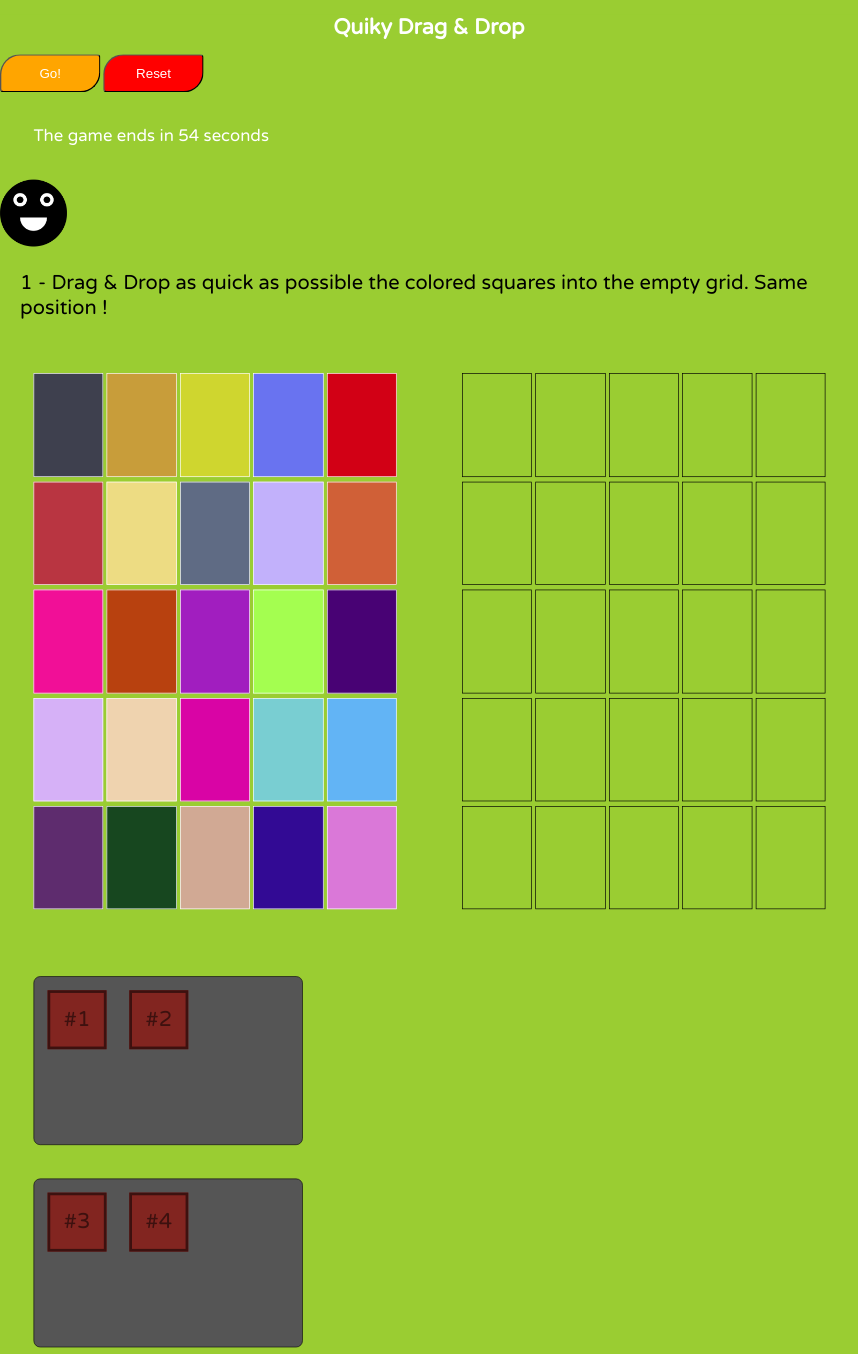
Repository: Siehan/Quiky-drag-and-drop
Page: index.html
An editor plug-in stored every save of this project. The page is shown before and after the next save, followed by the edit.
The browser window is 1280 px wide. The pictures show the whole page, at 67% of full size.

Above is the page before, as saved 2020-01-22 13:56:45.

### index.html
<!DOCTYPE html>
<html lang="en">

<head>
  <meta charset="UTF-8">
  <meta name="viewport" content="width=device-width, initial-scale=1.0">
  <meta http-equiv="X-UA-Compatible" content="ie=edge">
  <link rel="stylesheet" type="text/css" href="style.css">
  <script type="module" src="grid.js"></script>
  <script type="text/javascript"></script>
  <title>Document</title>
</head>

<body>
  <header>
    <h1>Quiky Drag & Drop</h1>
    <button id="button-go">Go!</button>
    <button id="button-reset">Reset</button>
  </header>

  <div id="time"></div>
  <img class="black-face" src="images/1297390581.png" alt="black face">
  <p>1 - Drag & Drop as quick as possible the colored squares into the empty grid. Same position !</p>
  <div id="container">

    <div class="container-one"></div>
    <div class="container-two"></div>
  </div>

  <div class="dropper">
    <div class="draggable">#1</div>
    <div class="draggable">#2</div>
  </div>
  <div class="dropper">
    <div class="draggable">#3</div>
    <div class="draggable">#4</div>
  </div>

</body>

</html>

### style.css
@import url("https://fonts.googleapis.com/css?family=Varela+Round&display=swap");

body, html {
  font-family: 'Varela Round', sans-serif;
  background: yellowgreen;
  color: white;
  margin: 0 auto;
  padding: 0;
}

#button-go {
  width: 150px;
  color: white;
  font-size: 20px;
  background-color: orange;
  padding: 15px;
  border-radius: 30px 5px;
}

#button-reset {
  width: 150px;
  color: white;
  font-size: 20px;
  background-color: red;
  padding: 15px;
  border-radius: 30px 5px;
}

h1 {
  color: white;
  text-align: center;
  border-style: 1px black;
}

p {
  padding: 30px;
  margin: auto;
  font-family: 'Varela Round', sans-serif;
  font-size: 30px;
  color: black;
}

.black-face {
  width: 100px;
}

#container {
  display: flex;
}

.container-one {
  display: grid;
  padding: 50px;
  grid-template-columns: repeat(5,1fr);
  grid-template-rows: repeat(5,1fr);
  width: 800px;
  height: 800px;
  grid-gap: 7px;
}

.container-two {
  display: grid;
  padding: 50px;
  grid-template-columns: repeat(5,1fr);
  grid-template-rows: repeat(5,1fr);
  width: 800px;
  height: 800px;
  grid-gap: 7px;
}

.container-one div {
  border: 1.5px solid white;
  width: 100%;
}

.container-two div {
  border: 1.5px solid black;
  width: 100%;
}

#time {
  padding: 50px;
  margin: auto;
  color: white;
  font-size: 25px;
}

.dropper {
    margin: 50px 10px 10px 50px;
    width: 400px;
    height: 250px;
    background-color: #555;
    border: 1px solid #111;

    border-radius: 10px;
    transition: all 200ms linear;
}

.drop_hover {
    box-shadow: 0 0 30px rgba(0, 0, 0, 0.8) inset;
}

.draggable {
    display: inline-block;
    margin: 20px 10px 10px 20px;
    padding-top: 20px;
    width: 80px;
    height: 60px;
    color: #3D110F;
    background-color: #822520;
    border: 4px solid #3D110F;
    text-align: center;
    font-size: 2em;
    cursor: move;

    transition: all 200ms linear;
    user-select: none;
}

### grid.js
function selectGeometricForms() {
    const btn = document.getElementById("button-go");
    const btnReset = document.getElementById("button-reset");
}

function setBlockColor() {
    const cases = document.querySelectorAll(".container-one div");
    cases.forEach(
        c =>
            c.style.background = getRandomColor())
}

function getRandomColor() {
    var letters = '0123456789ABCDEF';
    var color = '#';
    for (var i = 0; i < 6; i++) {
        color += letters[Math.floor(Math.random() * 16)];
    }
    return color;
}

function hourglass(id, cpt, lim, prev, next, callback) {
    (function f() {
        var el = document.getElementById(id);
        el.innerHTML = prev + cpt + next;
        if (cpt > lim) {
            cpt--;
            setTimeout(f, 999);
        } else if (callback) {
            callback();
        }
    })();
}

window.onload = function () {
    hourglass('time', 59, 0, 'The game ends in ', ' seconds', function () {
        alert("Game over !");
    });
};

for (let i = 0; i <= 24; i++) {
    var containerOne = document.querySelector(".container-one");
    var newDiv = document.createElement("div");
    newDiv.className = ("caseOne-" + i + " caseTableau1")
    containerOne.appendChild(newDiv);
    console.log(containerOne);
}

for (let i = 0; i <= 24; i++) {
    var containerTwo = document.querySelector(".container-two");
    var newDiv2 = document.createElement("div");
    newDiv2.className = ("caseTwo-" + i + " caseTableau2")
    containerTwo.appendChild(newDiv2);
    console.log(containerTwo);
}

setBlockColor()

After the next save:
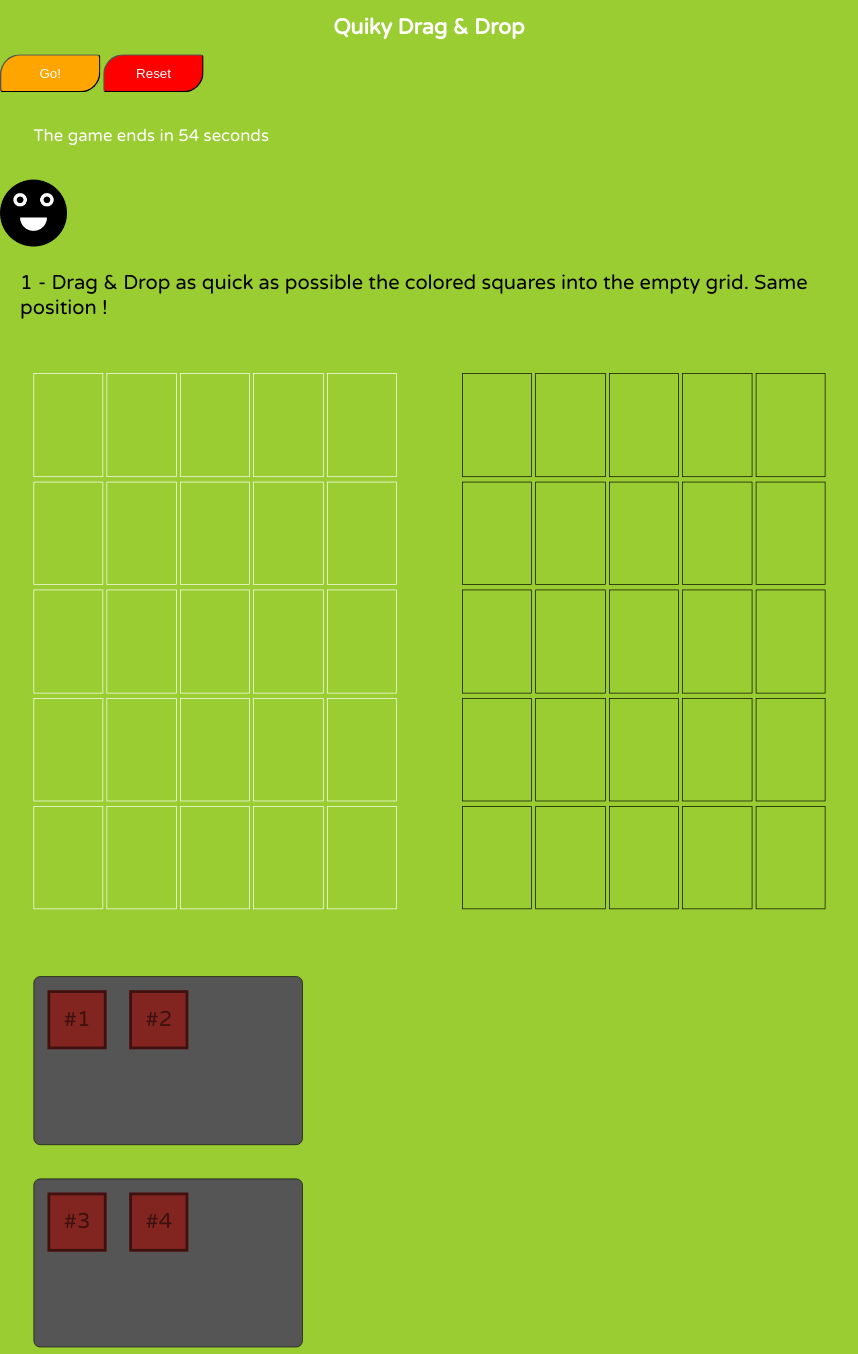
Console error: ReferenceError: documents is not defined
Saved 11 s later.
--- a/grid.js
+++ b/grid.js
@@ -54,4 +54,69 @@
     console.log(containerTwo);
 }
 
+(function () {
+
+    var dndHandler = {
+
+        draggedElement: null,
+
+        applyDragEvents: function (element) {
+
+            element.draggable = true;
+
+            var dndHandler = this;
+
+            element.addEventListener('dragstart', function (e) {
+                dndHandler.draggedElement = e.target;
+                e.dataTransfer.setData('text/plain', '');
+            });
+        },
+        applyDropEvents: function (dropper) {
+
+            dropper.addEventListener('dragover', function (e) {
+                e.preventDefault();
+                this.className = 'dropper drop_hover';
+            });
+
+            dropper.addEventListener('dragleave', function () {
+                this.className = 'dropper';
+            });
+
+            var dndHandler = this;
+
+            dropper.addEventListener('drop', function (e) {
+
+                var target = e.target,
+                    draggedElement = dndHandler.draggedElement,
+                    clonedElement = draggedElement.cloneNode(true);
+
+                while (target.classNam.indexOf('droper') == -1) {
+                    target = target.parentNode;
+                }
+
+                target.className = 'dropper';
+                clonedElement = target.appendChild(clonedElement);
+                dndHandler.applyDragEvents(clonedElement);
+                draggedElement.parentNode.removeChild(draggedElement);
+            });
+        }
+    };
+
+    var elements = document.querySelectorAll('.draggable'),
+        elementsLen = elements.length;
+
+    for (var i = 0; i < elementsLen; i++) {
+        dndHandler.applyDragEvents(elements[i]);
+    }
+
+    var droppers = documents.querySelectorAll('.dropper'),
+        droppersLen = droppers.length;
+
+    for (var i = 0; i < droppersLen; i++) {
+        dndHandler.applyDropEvents(droppers[i]);
+    }
+
+})();
+
+
 setBlockColor()

After the save that followed:
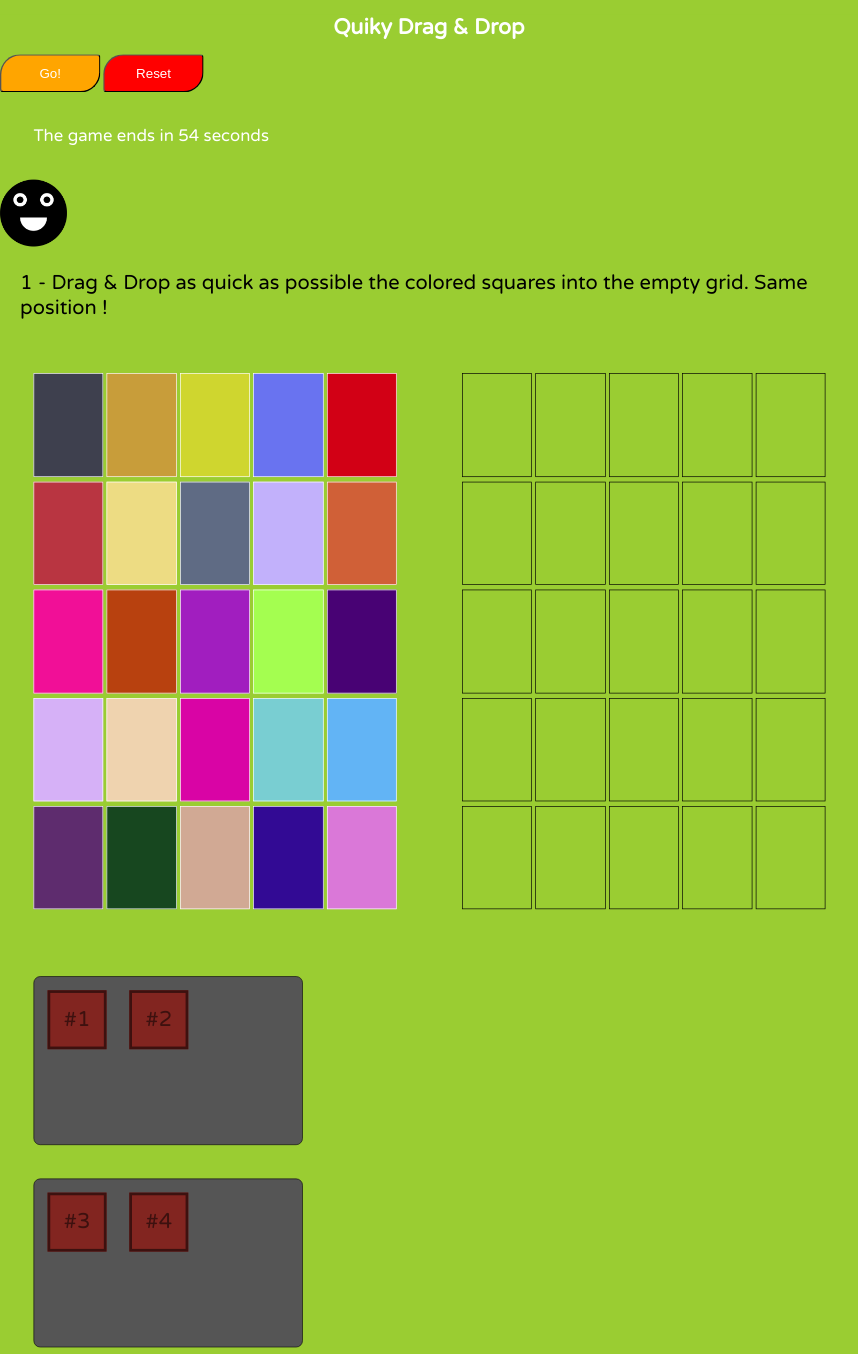
The error is gone.
Saved 92 s later.
--- a/grid.js
+++ b/grid.js
@@ -58,62 +58,69 @@
 
     var dndHandler = {
 
-        draggedElement: null,
+        draggedElement: null, // Propriété pointant vers l'élément en cours de déplacement
 
         applyDragEvents: function (element) {
 
             element.draggable = true;
 
-            var dndHandler = this;
+            var dndHandler = this; // Cette variable est nécessaire pour que l'événement « dragstart » ci-dessous accède facilement au namespace « dndHandler »
 
             element.addEventListener('dragstart', function (e) {
-                dndHandler.draggedElement = e.target;
-                e.dataTransfer.setData('text/plain', '');
+                dndHandler.draggedElement = e.target; // On sauvegarde l'élément en cours de déplacement
+                e.dataTransfer.setData('text/plain', ''); // Nécessaire pour Firefox
             });
+
         },
+
         applyDropEvents: function (dropper) {
 
             dropper.addEventListener('dragover', function (e) {
-                e.preventDefault();
-                this.className = 'dropper drop_hover';
+                e.preventDefault(); // On autorise le drop d'éléments
+                this.className = 'dropper drop_hover'; // Et on applique le style adéquat à notre zone de drop quand un élément la survole
             });
 
             dropper.addEventListener('dragleave', function () {
-                this.className = 'dropper';
+                this.className = 'dropper'; // On revient au style de base lorsque l'élément quitte la zone de drop
             });
 
-            var dndHandler = this;
+            var dndHandler = this; // Cette variable est nécessaire pour que l'événement « drop » ci-dessous accède facilement au namespace « dndHandler »
 
             dropper.addEventListener('drop', function (e) {
 
                 var target = e.target,
-                    draggedElement = dndHandler.draggedElement,
-                    clonedElement = draggedElement.cloneNode(true);
+                    draggedElement = dndHandler.draggedElement, // Récupération de l'élément concerné
+                    clonedElement = draggedElement.cloneNode(true); // On créé immédiatement le clone de cet élément
 
-                while (target.classNam.indexOf('droper') == -1) {
+                while (target.className.indexOf('dropper') == -1) { // Cette boucle permet de remonter jusqu'à la zone de drop parente
                     target = target.parentNode;
                 }
 
-                target.className = 'dropper';
-                clonedElement = target.appendChild(clonedElement);
-                dndHandler.applyDragEvents(clonedElement);
-                draggedElement.parentNode.removeChild(draggedElement);
+                target.className = 'dropper'; // Application du style par défaut
+
+                clonedElement = target.appendChild(clonedElement); // Ajout de l'élément cloné à la zone de drop actuelle
+                dndHandler.applyDragEvents(clonedElement); // Nouvelle application des événements qui ont été perdus lors du cloneNode()
+
+                draggedElement.parentNode.removeChild(draggedElement); // Suppression de l'élément d'origine
+
             });
+
         }
+
     };
 
     var elements = document.querySelectorAll('.draggable'),
         elementsLen = elements.length;
 
     for (var i = 0; i < elementsLen; i++) {
-        dndHandler.applyDragEvents(elements[i]);
+        dndHandler.applyDragEvents(elements[i]); // Application des paramètres nécessaires aux éléments déplaçables
     }
 
-    var droppers = documents.querySelectorAll('.dropper'),
+    var droppers = document.querySelectorAll('.dropper'),
         droppersLen = droppers.length;
 
     for (var i = 0; i < droppersLen; i++) {
-        dndHandler.applyDropEvents(droppers[i]);
+        dndHandler.applyDropEvents(droppers[i]); // Application des événements nécessaires aux zones de drop
     }
 
 })();
